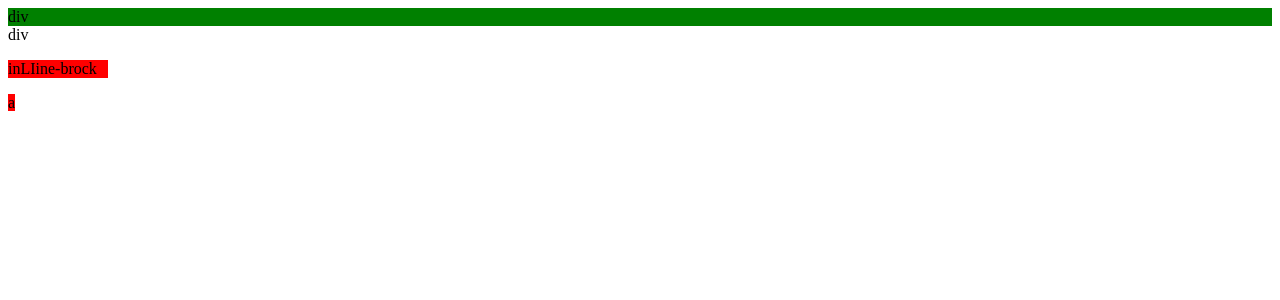
Repository: toshikiki/practice
Page: .html
The author's editor kept a record of every edit. The page is drawn from the files as they stood at one moment, then again after the next edit.
The browser window is 1280 px wide. The pictures show the whole page.

Above is the page before.

After the next edit:
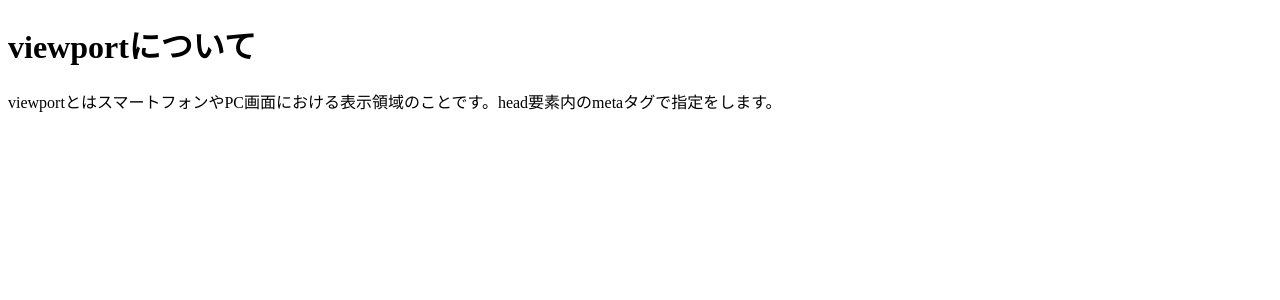
The edit:
--- a/.html
+++ b/.html
@@ -1,14 +1,12 @@
 <!DOCTYPE html>
 <html lang="ja">
-<head>
-    <meta charset="UFT-8">
-    <title><JavaScriptの書き方</title>
-        <link rel="stylesheet" href =".css">
-</head>
-<body>
-    <div class="aaa">div</div>
-    <div>div</div>
-    <p>inLIine-brock</p>
-    <a>a</a>
-</body>
+    <head>
+        <meta charset="utf-8">
+        <meta name="viewport" content="width=device-width, initial-scale=1, shrink-to-fit=no">
+        <title>レスポンシブデザイン</title>
+    </head>
+    <body>
+        <h1>viewportについて</h1>
+        <p>viewportとはスマートフォンやPC画面における表示領域のことです。head要素内のmetaタグで指定をします。</p>
+    </body>
 </html>
